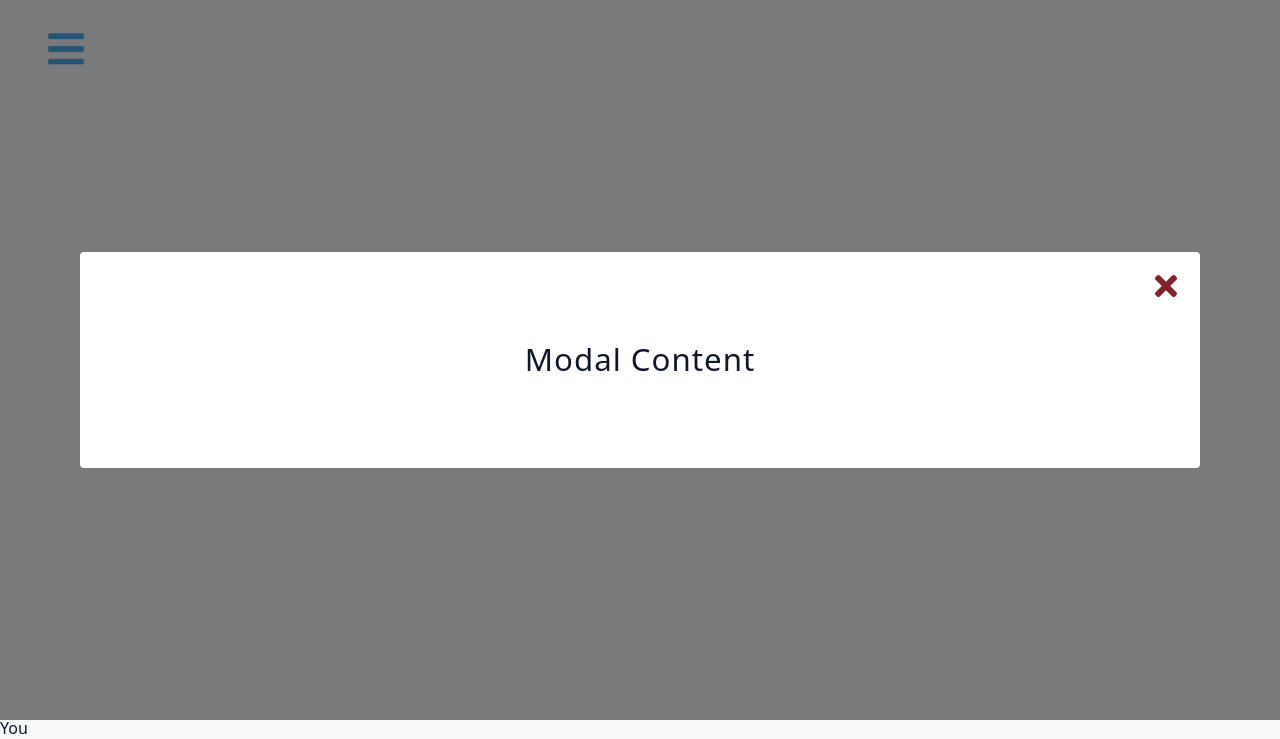
Repository: Maryie-B/React-Practice-Projects
Page: / (app in Sidebar/)
An editor plug-in stored every save of this project. The page is shown before and after the next save, followed by the edit.
The browser window is 1280 px wide. The pictures show the whole page.
The project was rebuilt for these pictures with package versions that can differ from the ones it lists, and the page was loaded fresh each time. Also part of the build but not shown: Sidebar/vite.config.js.

Above is the page before, as saved 2023-06-13 11:12:49.

After the next save:
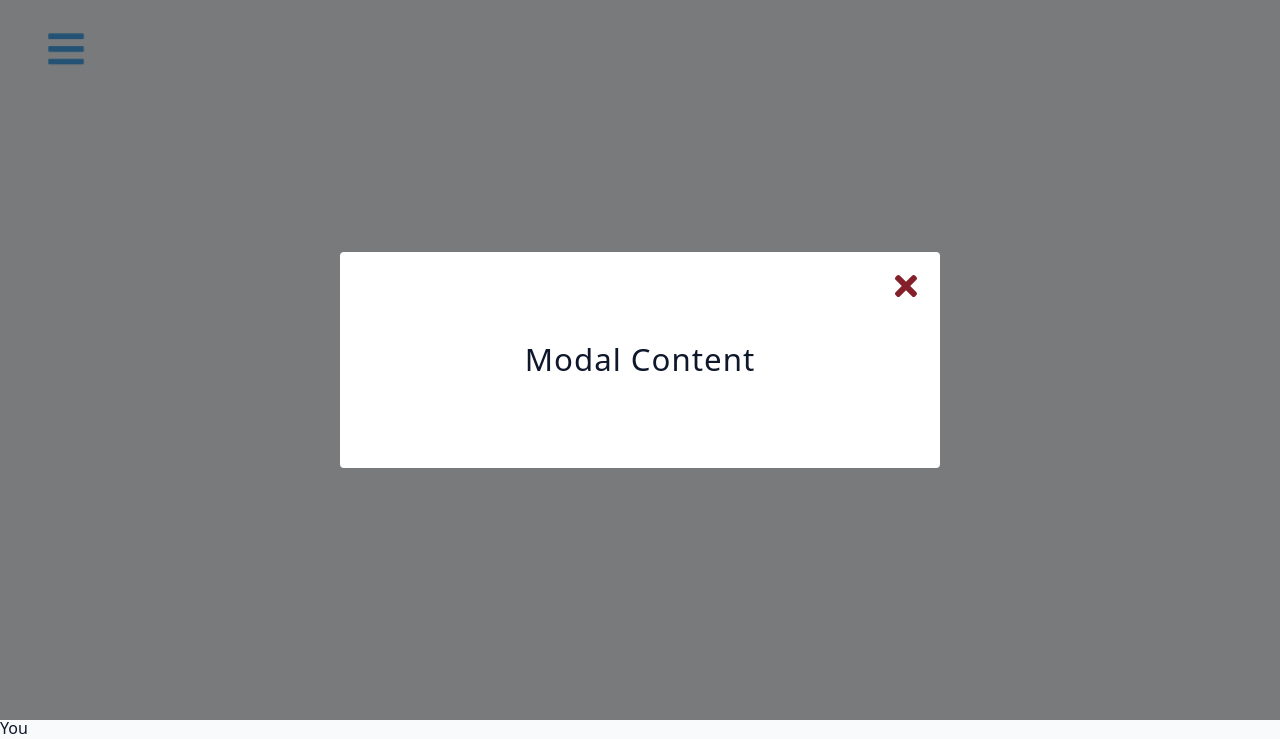
Saved 20 s later.
--- a/Sidebar/src/index.css
+++ b/Sidebar/src/index.css
@@ -306,7 +306,7 @@
   width: 90vw;
   height: 30vh;
   border-radius: var(--borderRadius);
-  max-width: var(--max-width);
+  max-width: var(--fixed-width);
   text-align: center;
   display: grid;
   place-items: center;
